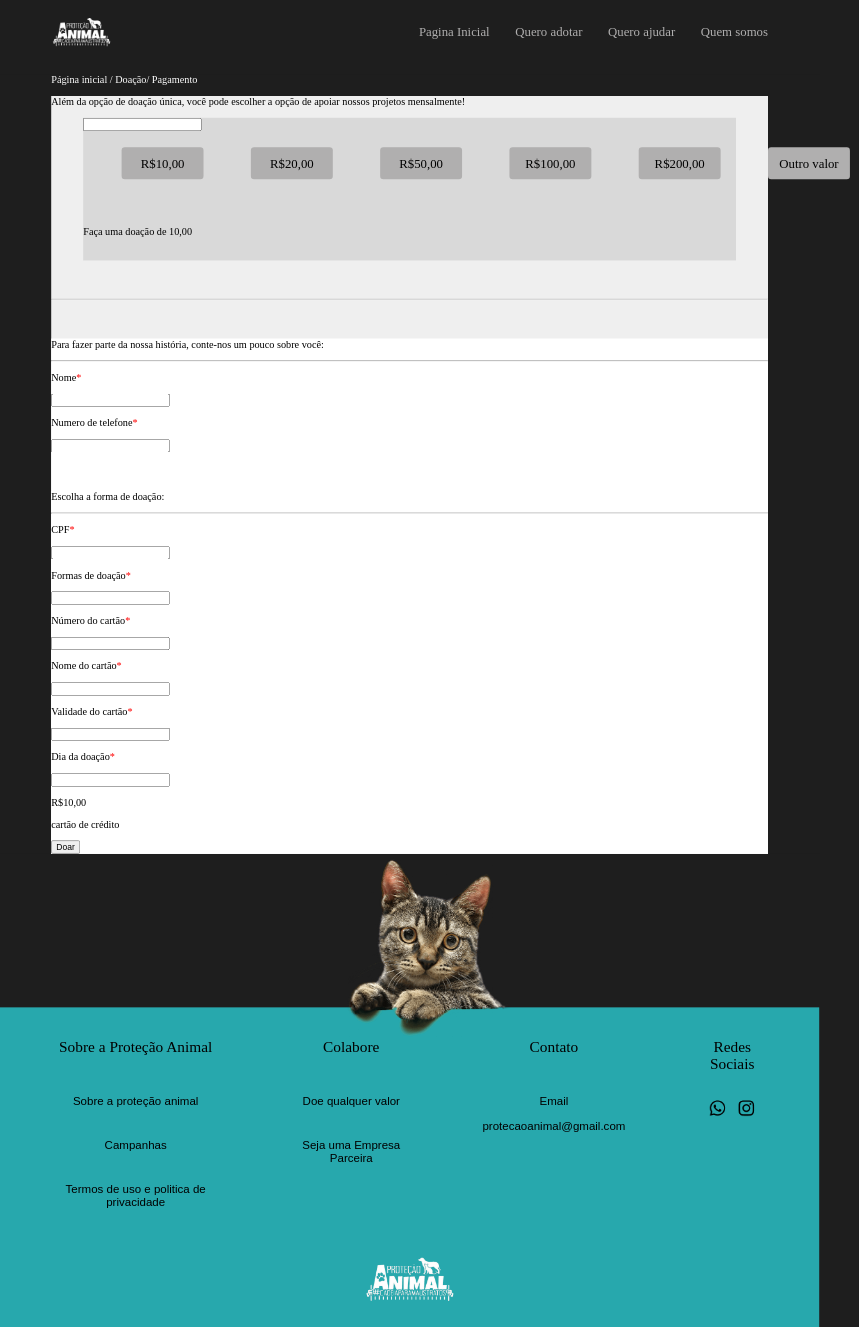
Repository: edjunior-nascimento/protecao-animal-web
Page: src/pages/formulario-doacao/index.html
These files come from the project's save history. The page is drawn as it stood at one moment and after a run of saves; the edit follows.
The browser window is 1280 px wide. The page is 1342 px wide, so the pictures cover 1342 px, including what lies to the right of the window. The pictures show the whole page, at 64% of full size.

Above is the page before, as saved 2025-03-06 03:44:53.

### src/pages/formulario-doacao/index.html
<!DOCTYPE html>
<html lang="pt">

<head>
    <meta charset="UTF-8">
    <meta name="viewport" content="width=device-width, initial-scale=1.0">
    <title>Proteção Animal</title>
    <link rel="preconnect" href="https://fonts.googleapis.com" />
    <link rel="preconnect" href="https://fonts.gstatic.com" crossorigin />
    <meta name="viewport" content="width=device-width, initial-scale=1.0" />
    <link rel="stylesheet" href="./style.css" />
    <link>
</head>

<body>
    <header>
        <div><img class="logo" src="/src/pages/images/logo.png" alt="logo Protecao animal" /></div>
        <nav>
            <ul>
                <li>
                    <a href="#">
                        <p>Pagina Inicial</p>
                    </a>
                </li>
                <li>
                    <a href="#">
                        <p>Quero adotar</p>
                    </a>
                </li>
                <li>
                    <a href="#">
                        <p>Quero ajudar</p>
                    </a>
                </li>
                <li>
                    <a href="#">
                        <p>Quem somos</p>
                    </a>
                </li>
            </ul>
        </nav>
    </header>
    <main>
        <div class="title">
            <p>Página inicial / Doação/ Pagamento</p>
        </div>
        <div class="container">
            <div class="sub-title">
                <p>Além da opção de doação única, você pode escolher a opção de apoiar nossos projetos mensalmente!
                </p>
            </div>
            <div class="valor">
                <div class="cota">
                    <input type="text">
                </div>
                <nav class="cota-inicial">
                    <ul>
                        <li>
                            <a href="#">R$10,00</a></a>
                        </li>
                        <li>
                            <a href="#">R$20,00</a>
                        </li>
                        <li>
                            <a href="#">R$50,00</a>
                        </li>
                        <li>
                            <a href="#">R$100,00</a>
                        </li>
                        <li>
                            <a href="#">R$200,00</a>
                        </li>
                        <li>
                            <a href="#">Outro valor</a>
                        </li>
                    </ul>
                </nav>
                <div class="res"><span>Faça uma doação de 10,00</span>
                </div>
            </div>
            <hr class="pri-line">
            <div class="card">
                <div class="sub-title">
                    <p>Para fazer parte da nossa história, conte-nos um pouco sobre você:</p>
                </div>
                <hr>
                <div class="dados">
                    <form action="/send" method="post" target="_blank">
                        <label>
                            <p>Nome<span class="ast">*</span></p>
                            <input type="text" name="Nome" id="Nome*">
                        </label>
                        <label>
                            <p>Numero de telefone<span class="ast">*</span></p>
                            <input type="text" name="telefone" id="telefone">
                        </label>
                    </form>
                </div>
                <div class="card">
                    <div class="sub-title">
                        <p>Escolha a forma de doação:</p>
                    </div>
                    <hr>
                    <form action="/send" method="post" target="_blank">
                        <label>
                            <p>CPF<span class="ast">*</span></p>
                            <input type="number" name="cpf" id="cpf">
                        </label>
                        <label>
                            <p>Formas de doação<span class="ast">*</span></p>
                            <input type="text" name="forme-doacao" id="forme-doacao"></p>
                        </label>
                        <label>
                            <p>Número do cartão<span class="ast">*</span></p>
                            <input type="number" name="cartao" id="cartao">
                        </label>
                        <label>
                            <p>Nome do cartão<span class="ast">*</span></p>
                            <input type="text" name="nome-cartao" id="nome-cartao">
                        </label>
                        <label>
                            <p>Validade do cartão<span class="ast">*</span></p>
                            <input type="text" name="" id="">
                        </label>
                        <label>
                            <p>Dia da doação<span class="ast">*</span></p>
                            <input type="number" name="data" id="data">
                        </label>
                    </form>
                    <div class="resultado">
                        <div class="retorno">
                            <div class="res/doacao">
                                <p>R$10,00</p>
                            </div>
                            <div class="forma/pagamento">
                                <p>cartão de crédito</p>
                            </div>
                        </div>
                        <button>Doar</button>
                    </div>
                </div>
            </div>
        </div>
    </main>
    <div class="gato"><img src="/src/pages/images/gato.png" alt=""></div>
    <footer>
        <div class="footer-container">
            <div class="footer-primary">
                <div class="footer-section-1">
                    <div>
                        <h4>Sobre a Proteção Animal</h4>
                    </div>
                    <div>
                        <p><a href="">Sobre a proteção animal</a></p>
                    </div>
                    <div>
                        <p><a href="">Campanhas</a></p>
                    </div>
                    <div>
                        <p><a href="">Termos de uso e politica de privacidade</a></p>
                    </div>
                </div>
                <div class="footer-section-2">
                    <div>
                        <h4>Colabore</h4>
                    </div>
                    <div>
                        <p><a href="">Doe qualquer valor</a></p>
                    </div>
                    <div>
                        <p><a href="">Seja uma Empresa Parceira</a></p>
                    </div>
                </div>
                <div class="footer-section-3">
                    <div>
                        <h4>Contato</h4>
                    </div>
                    <div>
                        <p>Email</p>
                        <p><a href="mailto:protecaoanimal@gmail.com">protecaoanimal@gmail.com</a></p>
                    </div>
                </div>
                <div class="footer-section-4">
                    <div>
                        <h4>Redes Sociais</h4>
                    </div>
                    <div class="social-icons">
                        <div>
                            <a href=""><img src="/src/pages/images/whatsAppIcon.png" alt="" /></a>
                        </div>
                        <div>
                            <a href=""><img src="/src/pages/images/instagramIcon.png" alt="" /></a>
                        </div>
                    </div>
                </div>
            </div>
        </div>
        <div class="footer-secondary">
            <img src="/src/pages/images/logo.png" alt="" />
        </div>
    </footer>
</body>

</html>

### src/pages/formulario-doacao/style.css
:root {
    --main-bg-color: #1e1e1e;
    --title-color: #27a8ad;
    --subtitle-color: #ffffff;
    --box-color: #ffffff;
    --link-nav-color: #ffffff;
    --card-title-color: #27a8ad;
    --footer-background: #27a8ad;
    --footer-font-color: #000000;
    --maim-color: #EFEFEF;
    --card-nav-color:#D9D9D9;
    --nav-valor:#B0AFAF;
    --asterisco-color: red;
  }
  body {
    height: max-content;
    font-family: "Jockey One", serif;
    font-style: normal;
    margin: 0px;
    padding: 0px;
    background-color: var(--main-bg-color);
  }

  a {
    text-decoration: none;
  }

  header {
    height: 100px;
    display: flex;
    flex-direction: row;
    justify-content: space-between;
    padding-inline: 80px
  }
  header div {
    display: flex;
    align-items: center;
  }
  .logo {
    height: 95px;
    width: auto;
  }
  nav {
    width: auto;
    height: 100px;
    display: flex;
    align-items: center;
  }
  nav ul {
    list-style-type: none;
    display: flex;
    gap: 40px;
  }
  nav ul li a {
    color: var(--nav-valor);
    font-size: 20px;
    background-color: var(--card-nav-color);
  }


main {
  background-color:var(--main-bg-color) ;
  padding-left: 80px;
  padding-right: 80px;
}
.cota-inicial a {
  color: var(--footer-font-color);
  width: 128px;
  height: 50px;
  display: inline-block;
  text-align: center;
  line-height: 50px;
  background-color: var(--nav-valor);
  margin-left: 20px;
  border-radius: 5px;
}
.cota-inicial li {
  height: 50px;
  width: 162px;
}
.cota-inicial li :hover {
  background-color: var(--footer-background);
  color: var(--box-color);
}
.res {
  margin-top: 48px;
  padding-bottom: 36px;
}
  .pri-line {
    margin-top: 60px;
  }
  .card {
    margin-top: 60px;
  }
  .ast {
    color: var(--asterisco-color);
  }
.container {
  background-color: var(--maim-color);
}
.title {
  color: var(--subtitle-color);
}
.valor {
  margin-left: 50px;
  margin-right: 50px;
  background-color: var(--card-nav-color);
}
.valor nav {
  width: 100%;
}
.card {
  background-color: var(--box-color);
}




  .gato {
    margin-left: 42%;
    margin-bottom: -25px;
    height: 265px;
    max-width: auto;}

  footer {
    height: 500px;
    max-height: auto;
    background-color: var(--footer-background);
    padding-inline: 80px;
  }

  .footer-container {
      width: auto;
      height: 70%;
      display: flex;
      align-items: center;
      justify-content: center;
  }

  .footer-primary {
    display: flex;
    flex-direction: row;
    gap: 111px;
    align-items: flex-start;
    justify-content: center;
  }

  .footer-primary p a {
      color: var(--footer-font-color);
      font-family: "Arial", sans-serif;
  }

  .footer-primary h4 {
    font-size: 24px;
    font-weight: 400;
  }

  .footer-primary p {
      font-size: 18px;
      font-weight: 400;
      font-family: "Arial", sans-serif;
  }

  .footer-secondary {
    width: auto;
    height: 30%;
    display: flex;
    align-items: center;
    justify-content: center;
  }

  .footer-secondary img {
      height: 145px;
      width: auto
  }

  .footer-section-1, .footer-section-2, .footer-section-3, .footer-section-4 {
      display: flex;
      flex-direction: column;
      text-align: center;
      gap: 12px;
  }

  .footer-section-4 {
      align-items: center;
  }

  .social-icons {
      display: flex;
      flex-direction: row;
      gap: 20px;
  }

After the next 3 saves:
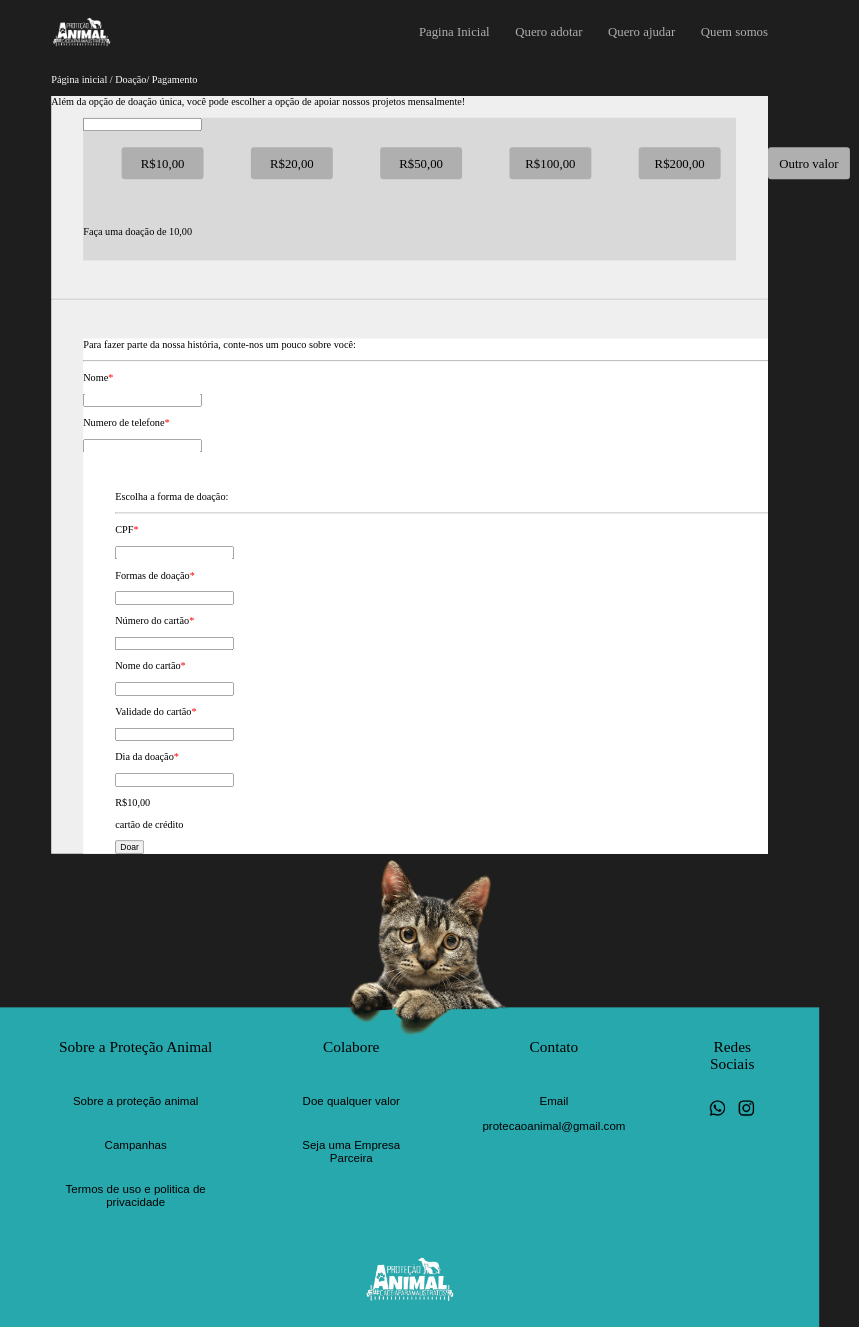
The 3 saves are shown as one change because they came seconds apart.
The last was saved 91 s later.
--- a/src/pages/formulario-doacao/style.css
+++ b/src/pages/formulario-doacao/style.css
@@ -91,6 +91,7 @@ main {
   }
   .card {
     margin-top: 60px;
+    margin-left: 50px;
   }
   .ast {
     color: var(--asterisco-color);
